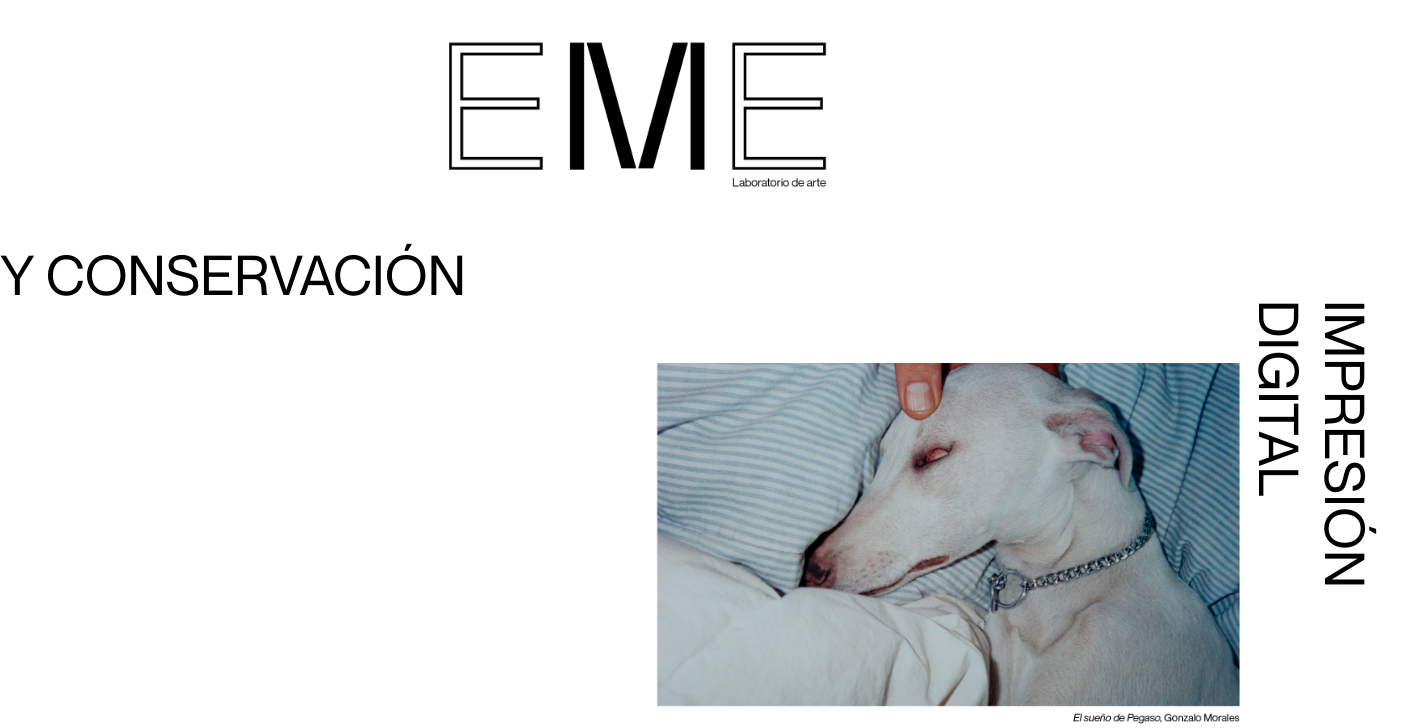
Repository: Manuelujano/eme-lab
Page: /
These files come from the project's save history. The page is drawn as it stood at one moment and after a run of saves; the edit follows.
The browser window is 1280 px wide. The page is 1425 px wide, so the pictures cover 1425 px, including what lies to the right of the window. The pictures show the whole page.
Some web fonts or font styles are not loaded; a fallback is used. The project was rebuilt for these pictures with package versions that can differ from the ones it lists, and the page was loaded fresh each time. Also part of the build but not shown: src/components/Motion.js, src/components/Prueba.js, src/components/Digital.js, src/components/Trail.js.

Above is the page before, as saved 2020-10-26 13:17:35.

### public/index.html
<!DOCTYPE html>
<html lang="en">
  <head>
    <meta charset="utf-8" />
    <link rel="icon" href="%PUBLIC_URL%/favicon.ico" />
    <meta name="viewport" content="width=device-width, initial-scale=1" />
    <meta name="theme-color" content="#000000" />
    <link href="//db.onlinewebfonts.com/c/7980cc1889b6b0b264dc47cca659f7c2?family=Neue+Montreal" rel="stylesheet" type="text/css"/>
    <meta
      name="description"
      content="Web site created using create-react-app"
    />
    <link rel="apple-touch-icon" href="%PUBLIC_URL%/logo192.png" />
    <!--
      manifest.json provides metadata used when your web app is installed on a
      user's mobile device or desktop. See https://developers.google.com/web/fundamentals/web-app-manifest/
    -->
    <link rel="manifest" href="%PUBLIC_URL%/manifest.json" />
    <!--
      Notice the use of %PUBLIC_URL% in the tags above.
      It will be replaced with the URL of the `public` folder during the build.
      Only files inside the `public` folder can be referenced from the HTML.

      Unlike "/favicon.ico" or "favicon.ico", "%PUBLIC_URL%/favicon.ico" will
      work correctly both with client-side routing and a non-root public URL.
      Learn how to configure a non-root public URL by running `npm run build`.
    -->
    <title>React App</title>
  </head>
  <body>
    <noscript>You need to enable JavaScript to run this app.</noscript>
    <div id="root"></div>
    <!--
      This HTML file is a template.
      If you open it directly in the browser, you will see an empty page.

      You can add webfonts, meta tags, or analytics to this file.
      The build step will place the bundled scripts into the <body> tag.

      To begin the development, run `npm start` or `yarn start`.
      To create a production bundle, use `npm run build` or `yarn build`.
    -->
  </body>
</html>

### src/index.js
import React from 'react';
import ReactDOM from 'react-dom';
import { BrowserRouter } from 'react-router-dom';
import './index.css';
import App from './App';


ReactDOM.render(
  <BrowserRouter>
    <App />
  </BrowserRouter>,
  document.getElementById('root')
);

### src/index.css
body {
  margin: 0;
  font-family: "Neue Montreal";
  -webkit-font-smoothing: antialiased;
  -moz-osx-font-smoothing: grayscale;
}
@font-face {
  font-family: 'Montreal';
  src: url(font/NeueMontreal-Regular.woff);
  font-style: normal;
  font-weight: 100;

}
@font-face {
  font-family: 'Montreal';
  src: url(font/NeueMontreal-RegularItalic.woff);
  font-style: italic;
  font-weight: 100;
}

.trails-main {
  position: relative;
  width: 100%;
  height: 100%;
  overflow: hidden;
  cursor: pointer;
  display: flex;
  justify-content: center;
  align-items: center;
  transform: rotate(90deg);
}

.trails-text {
  position: relative;
  width: 100%;
  height: 70px;
  line-height:70px;
  color: black;
  font-size: 4em;
  font-weight: 100;
  text-transform: uppercase;
  will-change: transform, opacity;
  overflow: hidden;
}

.trails-text > div {
  overflow: hidden;
}
code {
  font-family: source-code-pro, Menlo, Monaco, Consolas, 'Courier New',
    monospace;
}

.logo {
  display: block;
  margin: auto;
  width: 400px;
  padding-top: 2em;
}
.flex-container {
    display: flex;
    flex-direction: column;

}
.pegaso {
position: absolute;

  width: 600px;
  left: 650px;

}

.titulos {
  font-size: 55px;
  font-family: 'Montreal';
  font-weight: 100;
}
.contdig {
  position: absolute;
  top: 350px;
  left: 1175px;
  width: 300px;
  height: 200px;


  transform: rotate(90deg);
}
.cons {
  position: absolute;

}

### src/App.js
import React from 'react';
import Header from './components/Header';
import Motion from './components/Motion';
import Pegaso from './components/Pegaso';
import { AnimatePresence } from 'framer-motion';
import { BrowserRouter as Router, Switch, Route } from 'react-router-dom';

import Prueba from './components/Prueba';

import Digital from './components/Digital';
import Trail from './components/Trail';




function App() {
  return (
  <Router>
  <Header/>
  <Route
  render={({location})=> (
    <AnimatePresence initial={false} exitBeforeEnter>
      <Switch location={location} key={location.pathname}>
      <Route exact path='/' render={()=> <Pegaso/>}/>
      <Route path='/digital' render={()=> <Digital/>}/>
      </Switch>
    </AnimatePresence>
  )}

  />


   {/* <Prueba></Prueba> */}
   {/* <Trail></Trail> */}

  {/*  <Motion></Motion> */}

  </Router>
  );
}

export default App;

### src/components/Header.js
import React from 'react';

import { Link } from 'react-router-dom';

import logoblanco from '../img/logoblanco.png';
import Container from '@material-ui/core/Container';

const Header = () => {
    return (
        <header>

            <Container maxWidth="sm">
            <Link to='/'>
            <img  className="logo" src={logoblanco}/>
            </Link>
            </Container>
        </header>
    )
}

export default Header

### src/components/Pegaso.js
import React from 'react'
import pegaso from '../img/pegaso.png';
import { motion } from 'framer-motion';
import { Link } from 'react-router-dom';


const transition = { duration: 0.6, ease: [0.43, 0.13, 0.23, 0.96]}

const Pegaso = () => {
    return (
        <div className="flex-container">
            <div className="cons">
            <h2 className="titulos">
                    Y CONSERVACIÓN
                </h2>
            <div>

            </div>

             <motion.img
             className="pegaso"
             src={pegaso}
             whileHover={{ scale: 1.02 }}
             transition={transition}/>
            </div>
            <div className="contdig">
                <h2 className="titulos">
                    IMPRESIÓN <br/> DIGITAL
                </h2>
            </div>

        </div>
    )
}

export default Pegaso

After the next 4 saves:
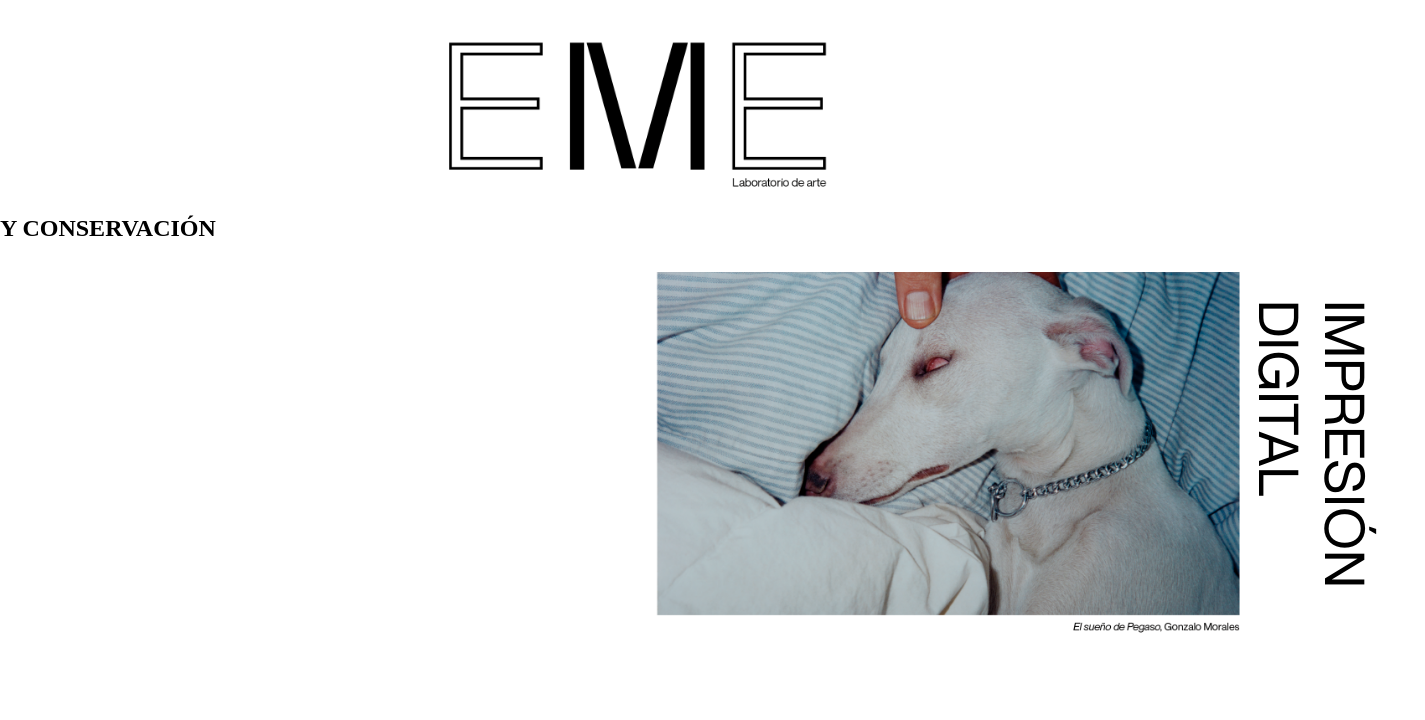
The 4 saves are shown as one change because 1 did not build or start and some came seconds apart.
The last was saved 28 s later.
--- a/src/components/Pegaso.js
+++ b/src/components/Pegaso.js
@@ -9,14 +9,13 @@
 const Pegaso = () => {
     return (
         <div className="flex-container">
-            <div className="cons">
-            <h2 className="titulos">
+            <div>
+
+            </div>
+                <h2 className="ti">
                     Y CONSERVACIÓN
                 </h2>
             <div>
-
-            </div>
-
              <motion.img
              className="pegaso"
              src={pegaso}

After the save that followed:
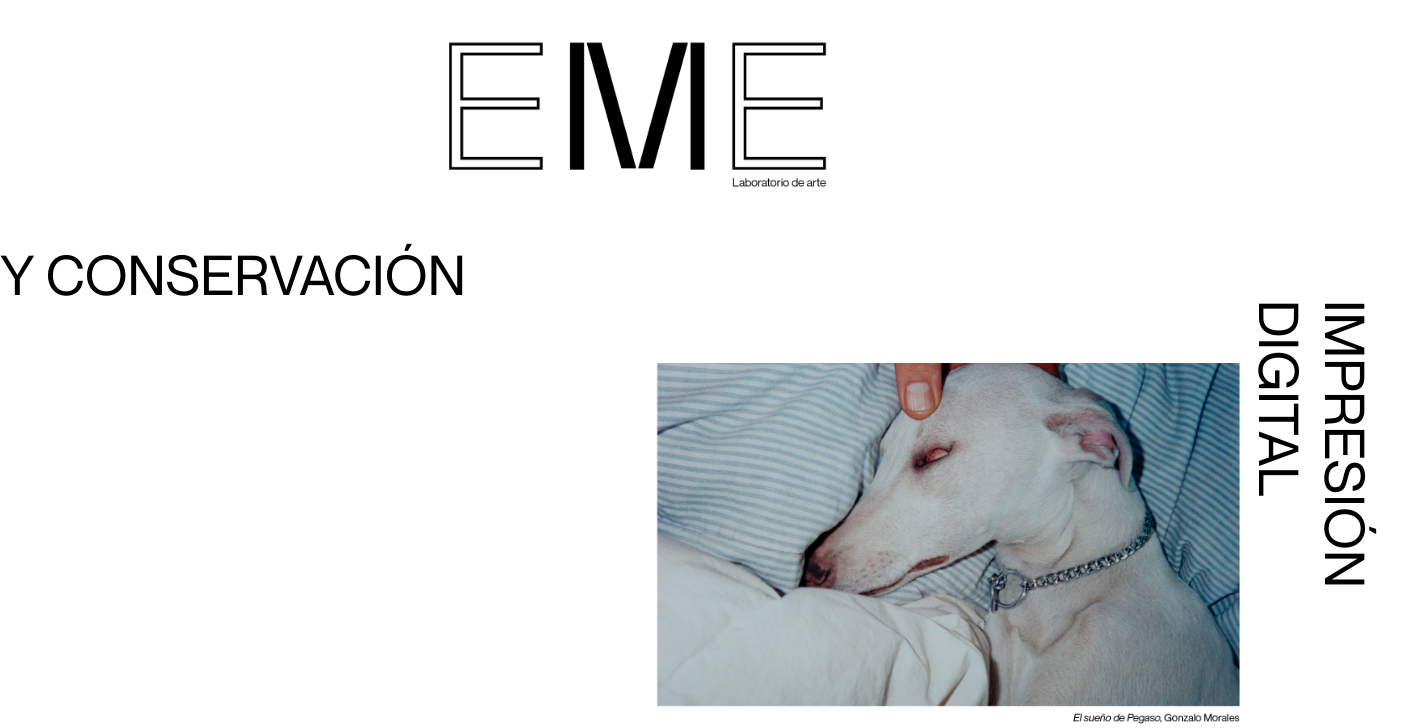
Saved 31 s later.
--- a/src/components/Pegaso.js
+++ b/src/components/Pegaso.js
@@ -10,11 +10,11 @@
     return (
         <div className="flex-container">
             <div>
+                <h2 className="titulos">
+                    Y CONSERVACIÓN
+                </h2>
 
             </div>
-                <h2 className="ti">
-                    Y CONSERVACIÓN
-                </h2>
             <div>
              <motion.img
              className="pegaso"
